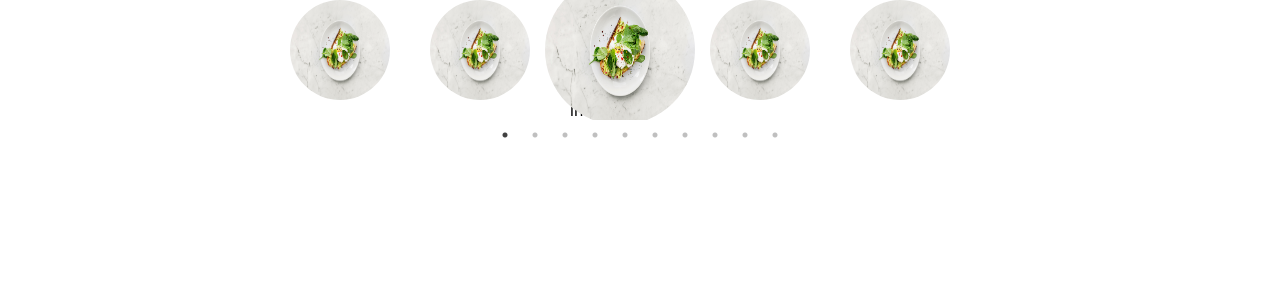
Repository: nambui98/slider
Page: /
An editor plug-in stored every save of this project. The page is shown before and after the next save, followed by the edit.
The browser window is 1280 px wide. The pictures show the whole page.
The project was rebuilt for these pictures with package versions that can differ from the ones it lists, and the page was loaded fresh each time. Also part of the build but not shown: vite.config.ts.

Above is the page before, as saved 2022-04-12 09:51:34.

After the next save:
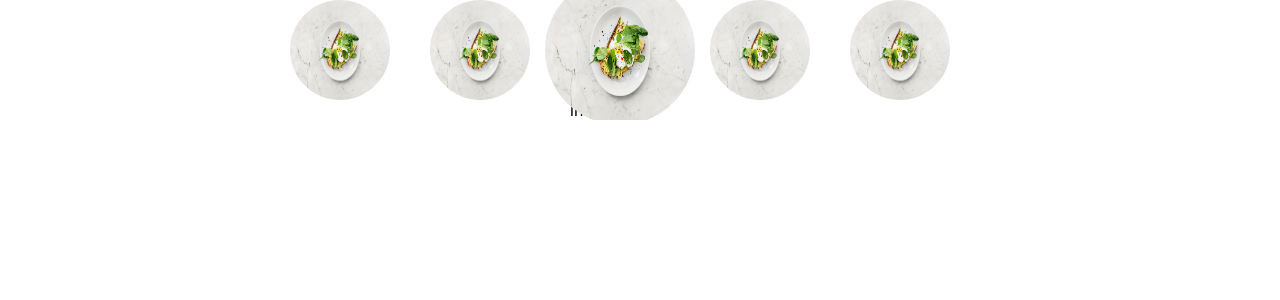
Saved 29 s later.
--- a/src/components/horizolslider/Horizolsider.tsx
+++ b/src/components/horizolslider/Horizolsider.tsx
@@ -46,7 +46,7 @@ const Item = styled.div`
 const Horizolsider = (props: Props) => {
     const [activeIndex, setActiveIndex] = useState(0);
     const settings = {
-        dots: true,
+        dots: false,
         infinite: true,
         speed: 500,
         slidesToShow: 5,
